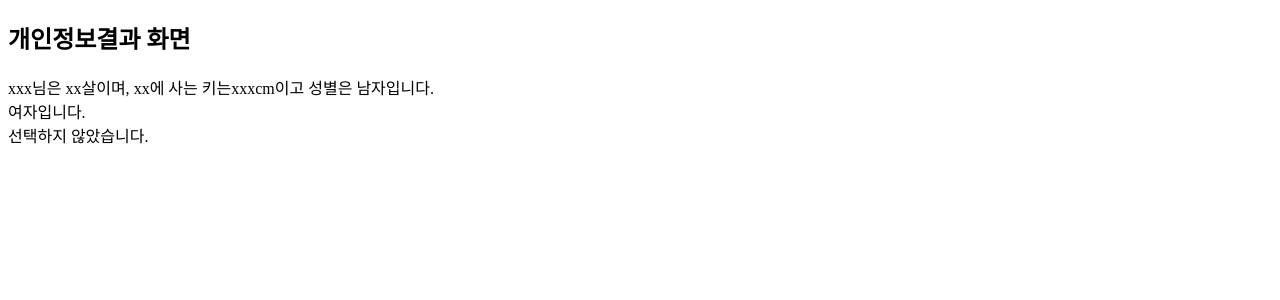
Repository: BrianH29/BH_webserver_workspace1
Page: http://localhost/1_Servlet/views/responsePage.jsp
The author's editor kept a copy of each file at every save. The page is drawn from the files as they stood at one save, then again after the next save.
The browser window is 1280 px wide. The pictures show the whole page.
The page is served by Tomcat 9. Other server files are loaded and not shown.

Above is the page before, as saved 2020-08-28 05:39:12.

### webserver_workspace1/1_Servlet/WebContent/views/responsePage.jsp
<%@ page language="java" contentType="text/html; charset=UTF-8"
    pageEncoding="UTF-8"%>
<!DOCTYPE html>
<html>
<head>
<meta charset="UTF-8">
<title>Insert title here</title>
</head>
<body>
	<h2>개인정보결과 화면</h2>

	<span id="name">xxx</span>님은
	<span id="age">xx</span>살이며,
	<span id="city">xx</span>에 사는
	키는<span id="height">xxx</span>cm이고
	성별은

		<span id="gender">남자</span>입니다. <br>

		<span id="gender">여자</span>입니다. <br>

		선택하지 않았습니다.<br>
</body>
</html>

After the next save:
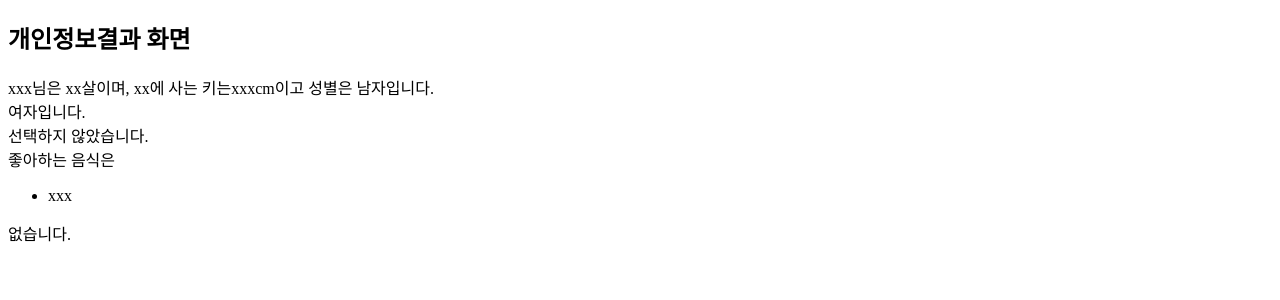
Saved 2 min 13 s later.
--- a/webserver_workspace1/1_Servlet/WebContent/views/responsePage.jsp
+++ b/webserver_workspace1/1_Servlet/WebContent/views/responsePage.jsp
@@ -20,5 +20,13 @@
 		<span id="gender">여자</span>입니다. <br>
 
 		선택하지 않았습니다.<br>
+
+	좋아하는 음식은
+
+		<ul>
+			<li>xxx</li>
+		</ul>
+
+		없습니다.
 </body>
 </html>
